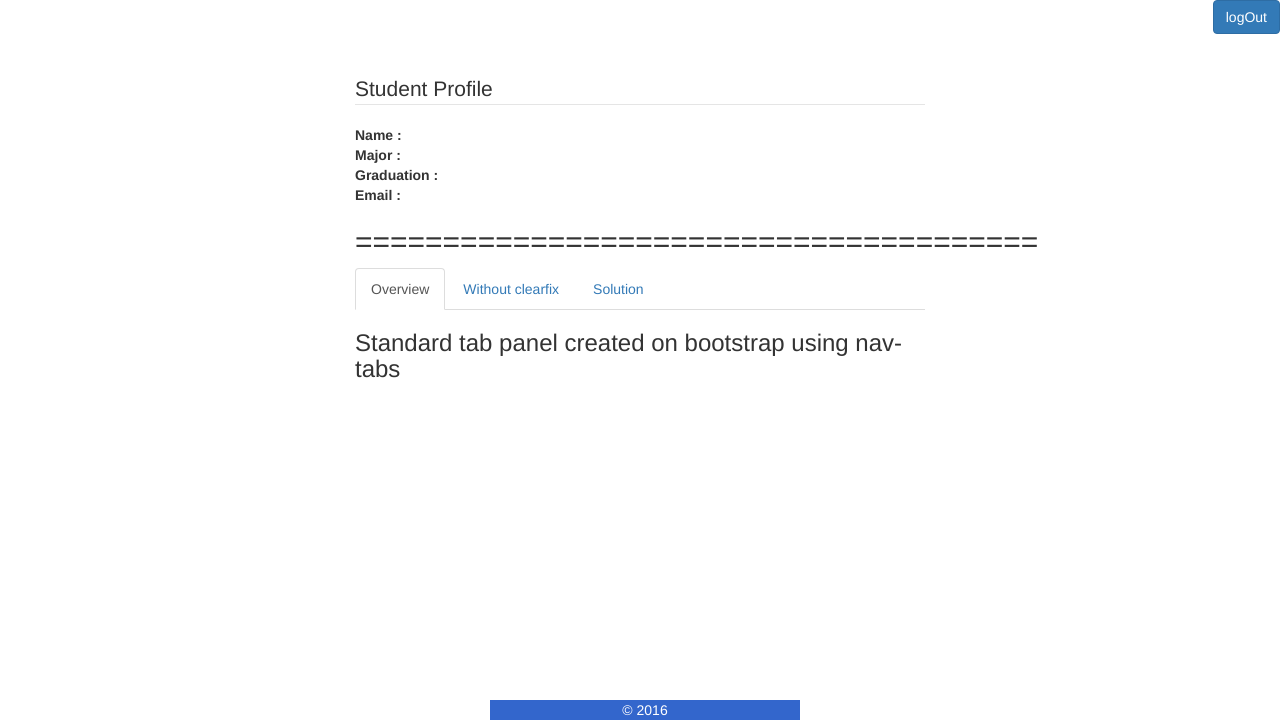
Repository: merlynfrank/AcademicProjects
Page: http://localhost/studenthome
The author's editor kept a copy of each file at every save. The page is drawn from the files as they stood at one save, then again after the next save.
The browser window is 1280 px wide. The pictures show the whole page.
The page is this project's Thymeleaf template; nobody is signed in. The template is opened directly, without the code that normally fills it, so the values that code supplies are empty.

Above is the page before, as saved 2018-12-01 00:55:44.

### smith-is-internship/src/main/resources/templates/studenthome.html
<!DOCTYPE html>
<html xmlns:th="http://thymeleaf.org">
<head>
<link th:href="@{/css/bootstrap.min.css}" rel="stylesheet"
	type="text/css"></link>
<link th:href="@{/css/layout.css}" rel="stylesheet" type="text/css"></link>
<script type="text/javascript" th:src="@{/js/jquery-3.1.0.min.js}"></script>
<script type="text/javascript" th:src="@{/js/bootstrap.min.js}"></script>

</head>
<style>
.footer {
	position: absolute;
	right: 37.5%;
	left: 50%;
	bottom: 0px;
	width: 100;
	background: #3366cc;
	color: white;
	text-align: center;
	margin-left: -150px
}

.grid-container{
display: grid;
grid-template-columns: 50% 50%;
}

.collapsible{
backgroound-color: #eee;
color : #444;
cursor: pointer;
padding: 18px;
width: 100%;
border: none;
text-align: left;
outline: none;
font-size: 15px;
}

.active, .collapsible:hover
{
backgroound-color: #ccc;
}

.content{
padding: 0 18px;
display: none;
overflow: hidden;
background-color: #f1f1f1;
}
</style>
<body>
<!-- LogOut button -->
	<form th:action="@{/login}" th:object="${loginForm}">
		<div align="right">
			<button id="logOut" name="logOut" class="btn btn-primary">logOut</button>
		</div>
	</form>
	<br />
	<br />
	<div class="container">
		<form class="form-horizontal" th:action="@{/login}"
			th:object="${loginForm}" method="post">
			<fieldset>

				<!-- Form Name -->
				<legend>Student Profile</legend>
				<table>
					<tr>
						<th>Name :</th>
						<td><span th:text="${fname}"> ${fname} </span><span
							th:text="${lname}">${lname}</span></td>
					</tr>
					<tr>
						<th>Major :</th>
						<td><span th:text="${major}"> ${major} </span></td>
					</tr>
					<tr>
						<th>Graduation :</th>
						<td><span th:text="${graduation}"> ${graduation} </span></td>
					</tr>
					<tr>
						<th>Email :</th>
						<td><span th:text="${email}"> ${email} </span></td>
					</tr>
				</table>

			</fieldset>
		</form>

		<script type="text/javascript" th:src="@{/js/jquery-3.1.0.min.js}"></script>
		<script type="text/javascript" th:src="@{/js/bootstrap.min.js}"></script>
	</div>

	<!-- Table for Search jobs and Applied jobs -->
	<div class="container"><h2>=======================================</h2></div>

<div id="exTab2" class="container">
<ul class="nav nav-tabs">
			<li class="active">
        <a  href="#1" data-toggle="tab">Overview</a>
			</li>
			<li><a href="#2" data-toggle="tab">Without clearfix</a>
			</li>
			<li><a href="#3" data-toggle="tab">Solution</a>
			</li>
		</ul>

			<div class="tab-content ">
			  <div class="tab-pane active" id="1">
          <h3>Standard tab panel created on bootstrap using nav-tabs</h3>
				</div>
				<div class="tab-pane" id="2">
          <h3>Notice the gap between the content and tab after applying a background color</h3>
				</div>
        <div class="tab-pane" id="3">
          <h3>add clearfix to tab-content (see the css)</h3>
				</div>
			</div>
  </div>


</body>
<div class="footer">&copy; 2016</div>

</html>

### smith-is-internship/src/main/resources/static/css/layout.css
.container {
    width: 600px;
    margin: auto;
}
.remember-me {
    text-align: center;
}
.btn-login {
    width: 100%;
}

Loaded but not shown: smith-is-internship/src/main/resources/static/css/bootstrap.min.css (library); smith-is-internship/src/main/resources/static/js/jquery-3.1.0.min.js (library); smith-is-internship/src/main/resources/static/js/bootstrap.min.js (library)

After the next save:
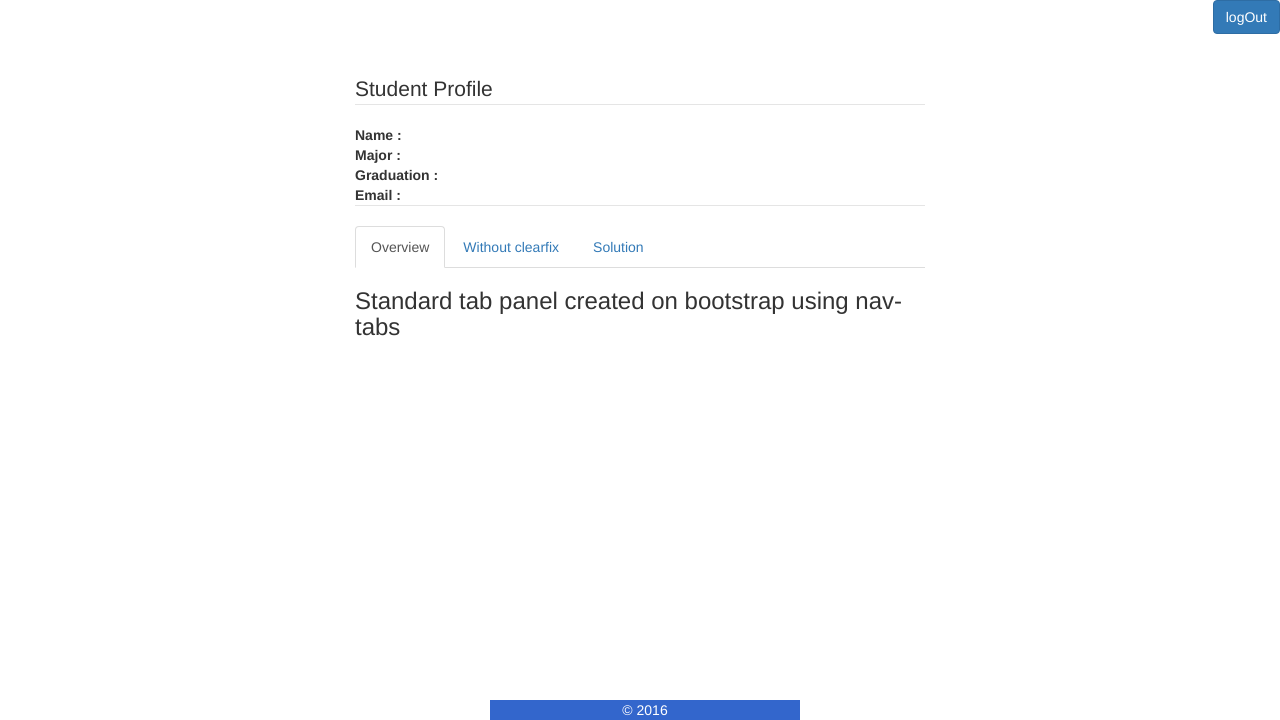
Saved 86 s later.
--- a/smith-is-internship/src/main/resources/templates/studenthome.html
+++ b/smith-is-internship/src/main/resources/templates/studenthome.html
@@ -94,7 +94,7 @@ background-color: #f1f1f1;
 	</div>
 
 	<!-- Table for Search jobs and Applied jobs -->
-	<div class="container"><h2>=======================================</h2></div>
+	<div class="container"><legend></legend></div>
 
 <div id="exTab2" class="container">
 <ul class="nav nav-tabs">
